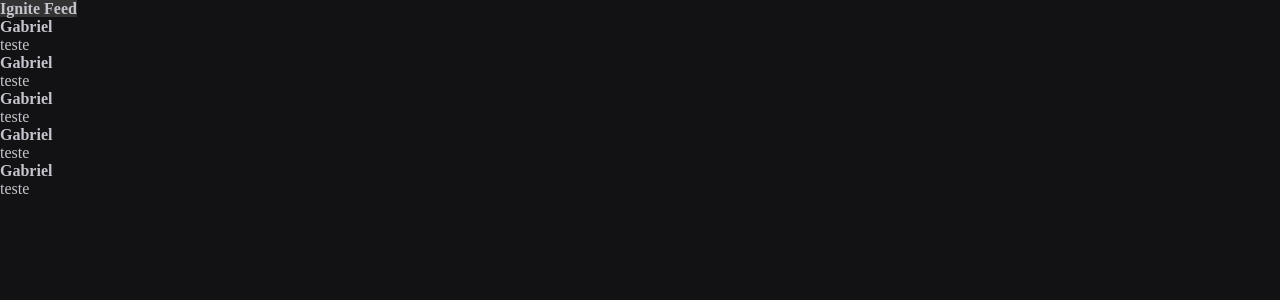
Repository: viniimartins/reactFundamentosRocketseat
Page: /
These files come from the project's save history. The page is drawn as it stood at one moment and after a run of saves; the edit follows.
The browser window is 1280 px wide. The pictures show the whole page.
The project was rebuilt for these pictures with package versions that can differ from the ones it lists, and the page was loaded fresh each time. Also part of the build but not shown: vite.config.js.

Above is the page before, as saved 2023-04-28 15:32:18.

### index.html
<!DOCTYPE html>
<html lang="en">
  <head>
    <meta charset="UTF-8" />

    <link rel="preconnect" href="https://fonts.googleapis.com">
    <link rel="preconnect" href="https://fonts.gstatic.com" crossorigin>

    <link rel="icon" type="image/svg+xml" href="/vite.svg" />
    <meta name="viewport" content="width=device-width, initial-scale=1.0" />


    <link href="https://fonts.googleapis.com/css2?family=Montserrat&family=Roboto:wght@700&display=swap" rel="stylesheet">


    <title>Vite + React</title>
  </head>
  <body>
    <div id="root"></div>
    <script type="module" src="/src/main.jsx"></script>
  </body>
</html>

### src/App.jsx
import { Header } from './Components/Header'
import { Post } from './Post'

import './global.css'


function App() {
  return (
    <>
      <Header />
      <Post
        author="Gabriel"
        content="teste"
      />
      <Post
        author="Gabriel"
        content="teste"
      />
      <Post
        author="Gabriel"
        content="teste"
      />
      <Post
        author="Gabriel"
        content="teste"
      />
      <Post
        author="Gabriel"
        content="teste"
      />
    </>
  )
}

export default App

### src/Components/Header.jsx
import './Header.css';


export function Header() {
    return (
        <strong className='header'>Ignite Feed</strong>
    );
}

### src/Post.jsx


export function Post({ author, content }) {
    return (
        <div>
            <strong>{author}</strong>
            <p>{content}</p>
        </div>

    )
}

### src/global.css
:root {
  --white: #fff;

  --gray-100: #e1e1e6;
  --gray-300: #c4c4cc;
  --gray-400: #8d8d99;
  --gray-500: #323238;
  --gray-700: #29292e;
  --gray-800: #202024;
  --gray-900: #121214;

  --green-500: #00875f;
}

* {
  margin: 0;
  padding: 0;
  box-sizing: border-box;
}

body {
  background: var(--gray-900);
  color: var(--gray-300);
  -webkit-font-smoothing: antialiased;
}

Loaded but not shown: src/main.jsx (common file); src/Components/Header.css (common file)

After the next 2 saves:
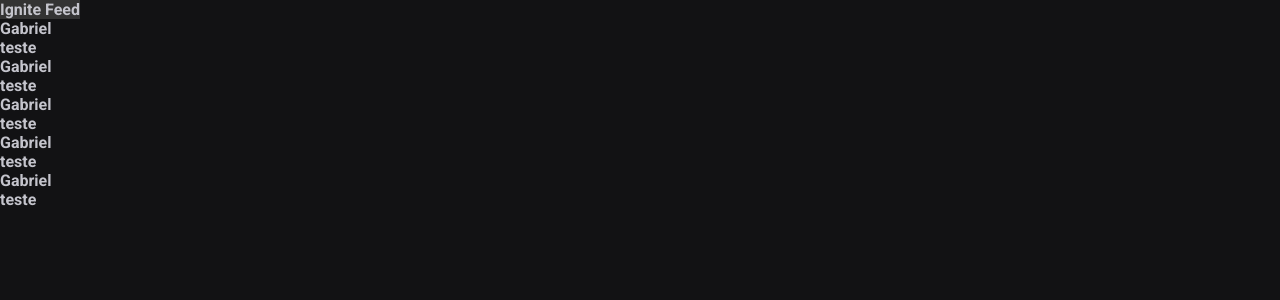
The 2 saves are shown as one change because they came seconds apart.
The last was saved 2 min 11 s later.
--- a/src/global.css
+++ b/src/global.css
@@ -23,3 +23,8 @@
   color: var(--gray-300);
   -webkit-font-smoothing: antialiased;
 }
+
+
+body , input , textarea , button {
+    font-family: 'Roboto';
+}
